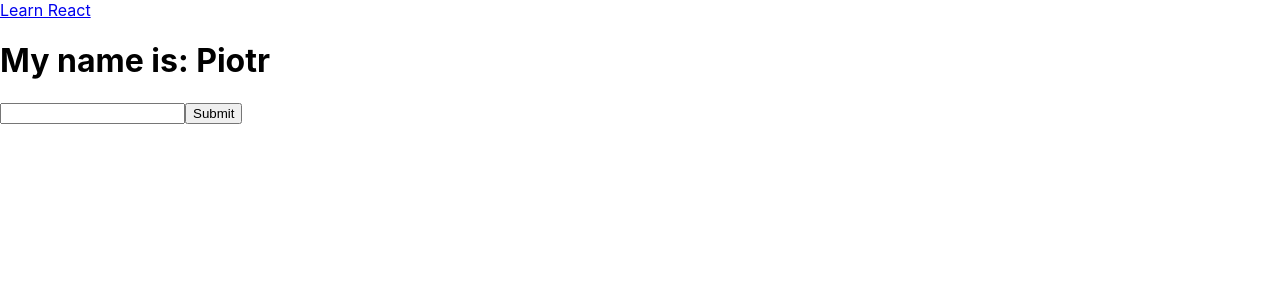
Repository: Piterwk1/Trening-react
Page: /
An editor plug-in stored every save of this project. The page is shown before and after the next save, followed by the edit.
The browser window is 1280 px wide. The pictures show the whole page.
The project was rebuilt for these pictures with package versions that can differ from the ones it lists, and the page was loaded fresh each time.

Above is the page before, as saved 2021-02-09 10:25:55.

### src/index.js
import React from 'react';
import ReactDOM from 'react-dom';
import './index.css';
import App from './App';
import reportWebVitals from './reportWebVitals';

ReactDOM.render(
  <React.StrictMode>
    <App />
  </React.StrictMode>,
  document.getElementById('root')
);

// If you want to start measuring performance in your app, pass a function
// to log results (for example: reportWebVitals(console.log))
// or send to an analytics endpoint. Learn more: https://bit.ly/CRA-vitals

### src/App.js
import { useState } from 'react';

function App() {
  // state = {
  //   name: 'Piotr',
  //   age: 41,
  // };

  const [name, setName] = useState('Piotr');
  const [age, setAge] = useState(41);

  const handleChange = (e) => setName(e.target.value);

  const handleSubmit = (e) => {
    e.preventDefault();
    console.log(name);
  };

  return (
    <div className="App">
      <header className="App-header">
        <a
          className="App-link"
          href="https://reactjs.org"
          target="_blank"
          rel="noopener noreferrer"
        >
          Learn React
        </a>
        <div className="app-content">
          <h1>My name is: {name}</h1>
          <form onSubmit={handleSubmit}>
            <input type="text" onChange={handleChange} />
            <button>Submit</button>
          </form>
        </div>
      </header>
    </div>
  );
}

export default App;

Loaded but not shown: public/index.html (common file); src/index.css (common file); src/reportWebVitals.js (common file)

After the next save:
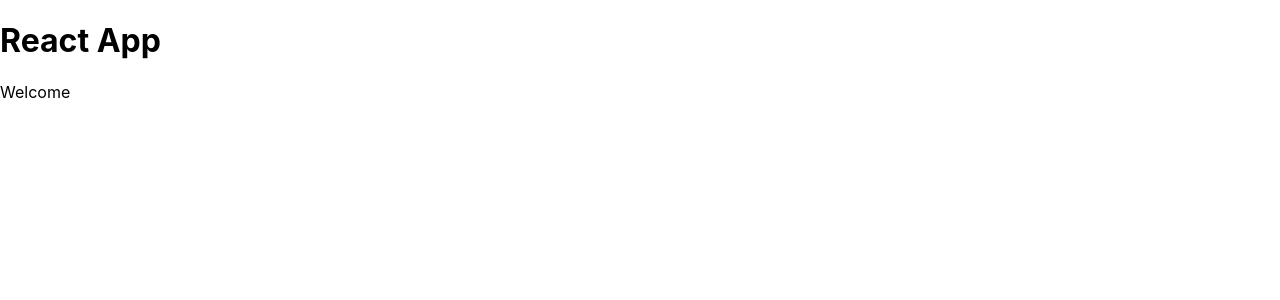
Saved 12 min 12 s later.
--- a/src/App.js
+++ b/src/App.js
@@ -18,23 +18,8 @@ function App() {
 
   return (
     <div className="App">
-      <header className="App-header">
-        <a
-          className="App-link"
-          href="https://reactjs.org"
-          target="_blank"
-          rel="noopener noreferrer"
-        >
-          Learn React
-        </a>
-        <div className="app-content">
-          <h1>My name is: {name}</h1>
-          <form onSubmit={handleSubmit}>
-            <input type="text" onChange={handleChange} />
-            <button>Submit</button>
-          </form>
-        </div>
-      </header>
+      <h1>React App</h1>
+      <p>Welcome</p>
     </div>
   );
 }
